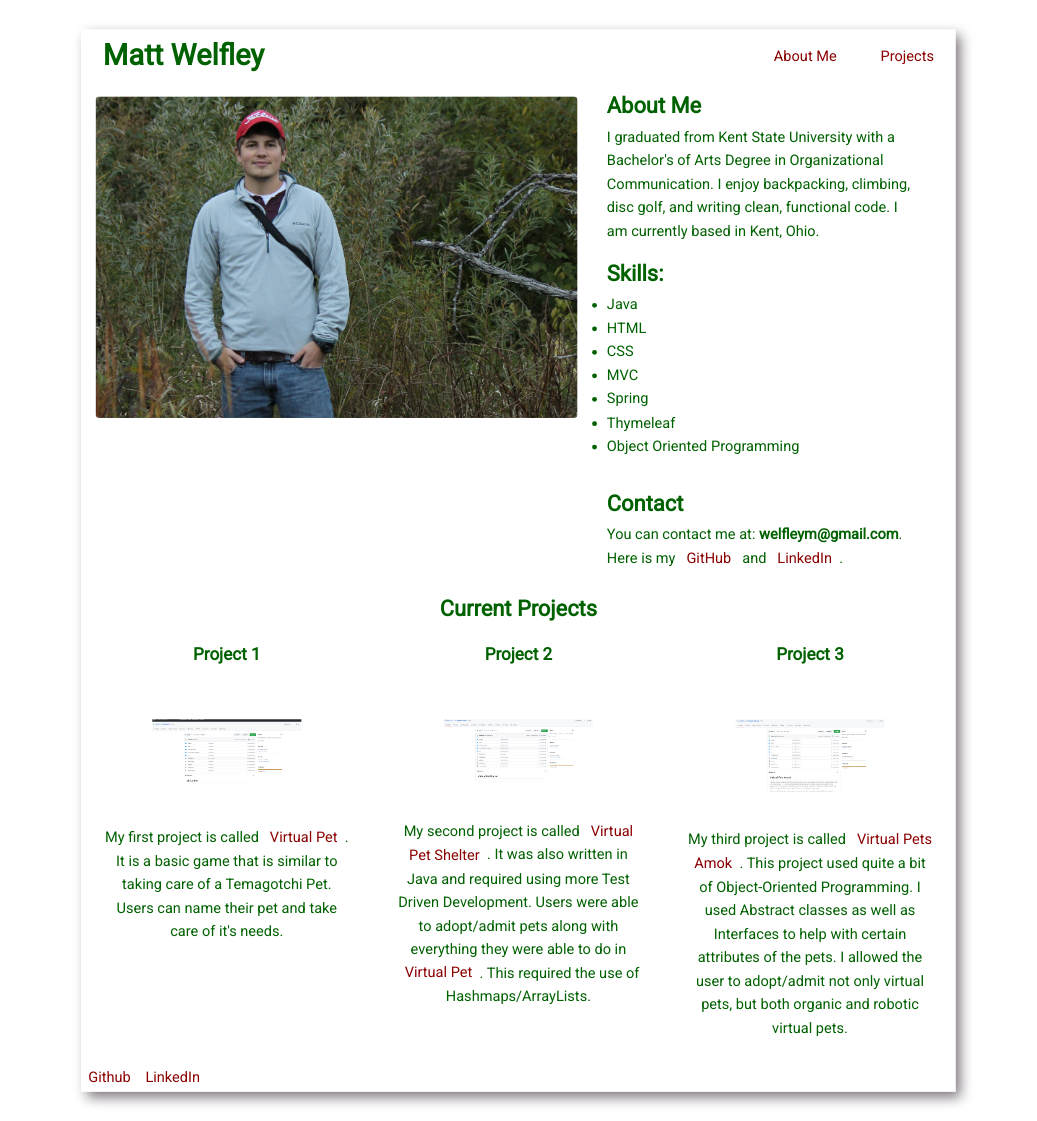
Repository: Matt1218/Matt1218.github.io
Page: index.html
An editor plug-in stored every save of this project. The page is shown before and after the next save, followed by the edit.
The browser window is 1280 px wide. The pictures show the whole page, at 81% of full size.

Above is the page before, as saved 2022-03-11 15:07:37.

After the next save:
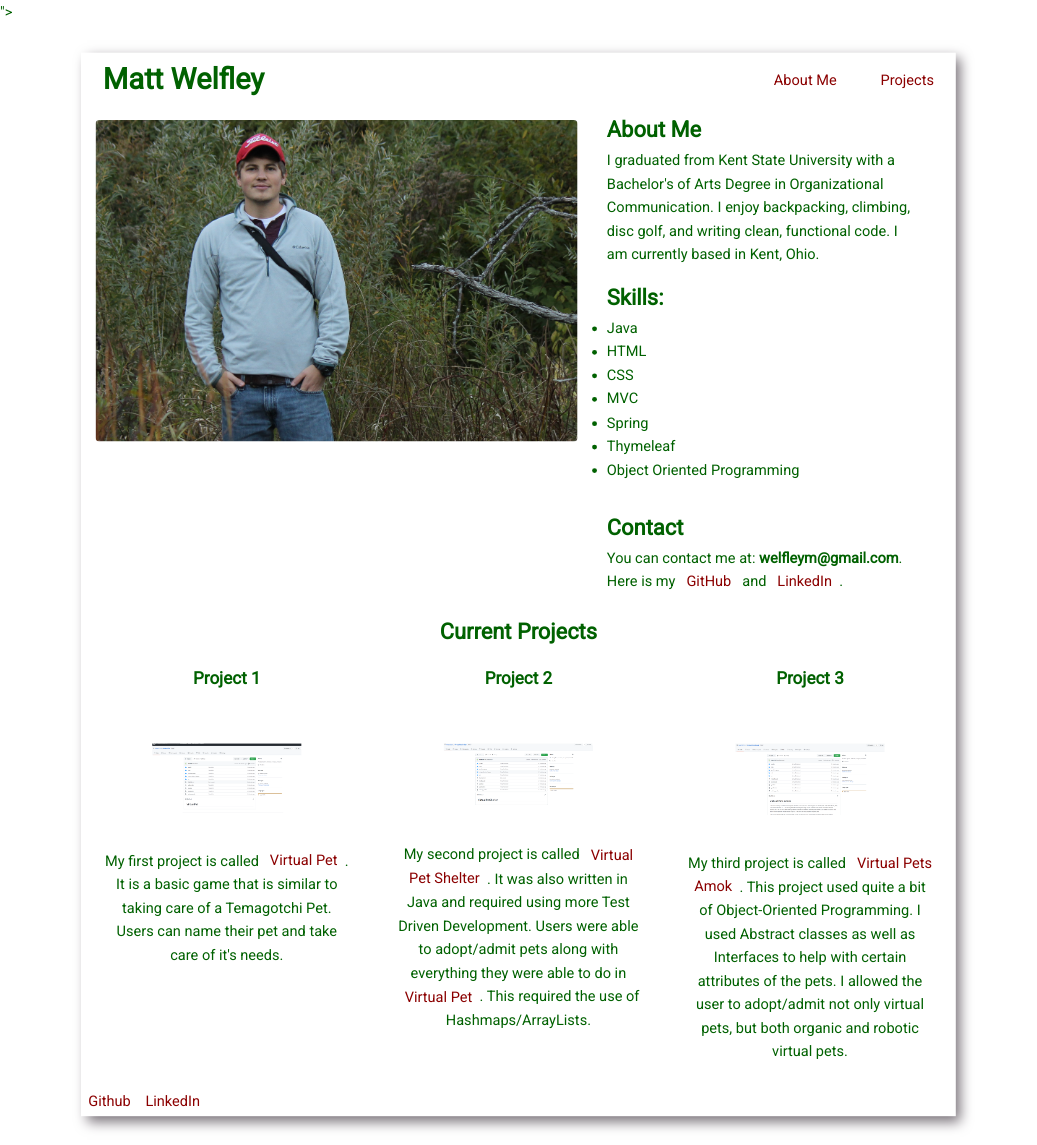
Not found: <link href=
Saved 4 s later.
--- a/index.html
+++ b/index.html
@@ -5,7 +5,7 @@
     <meta charset="UTF-8">
     <meta http-equiv="X-UA-Compatible" content="IE=edge">
     <meta name="viewport" content="width=device-width, initial-scale=1.0">
-    <link rel="stylesheet" href="">
+    <link rel="stylesheet" href="<link href="https://cdnjs.cloudflare.com/ajax/libs/font-awesome/4.7.0/css/font-awesome.min.css" rel="stylesheet">">
     <link rel="stylesheet" href="style.css">
     <title>Matt's Portfolio</title>
 </head>

After the save that followed:
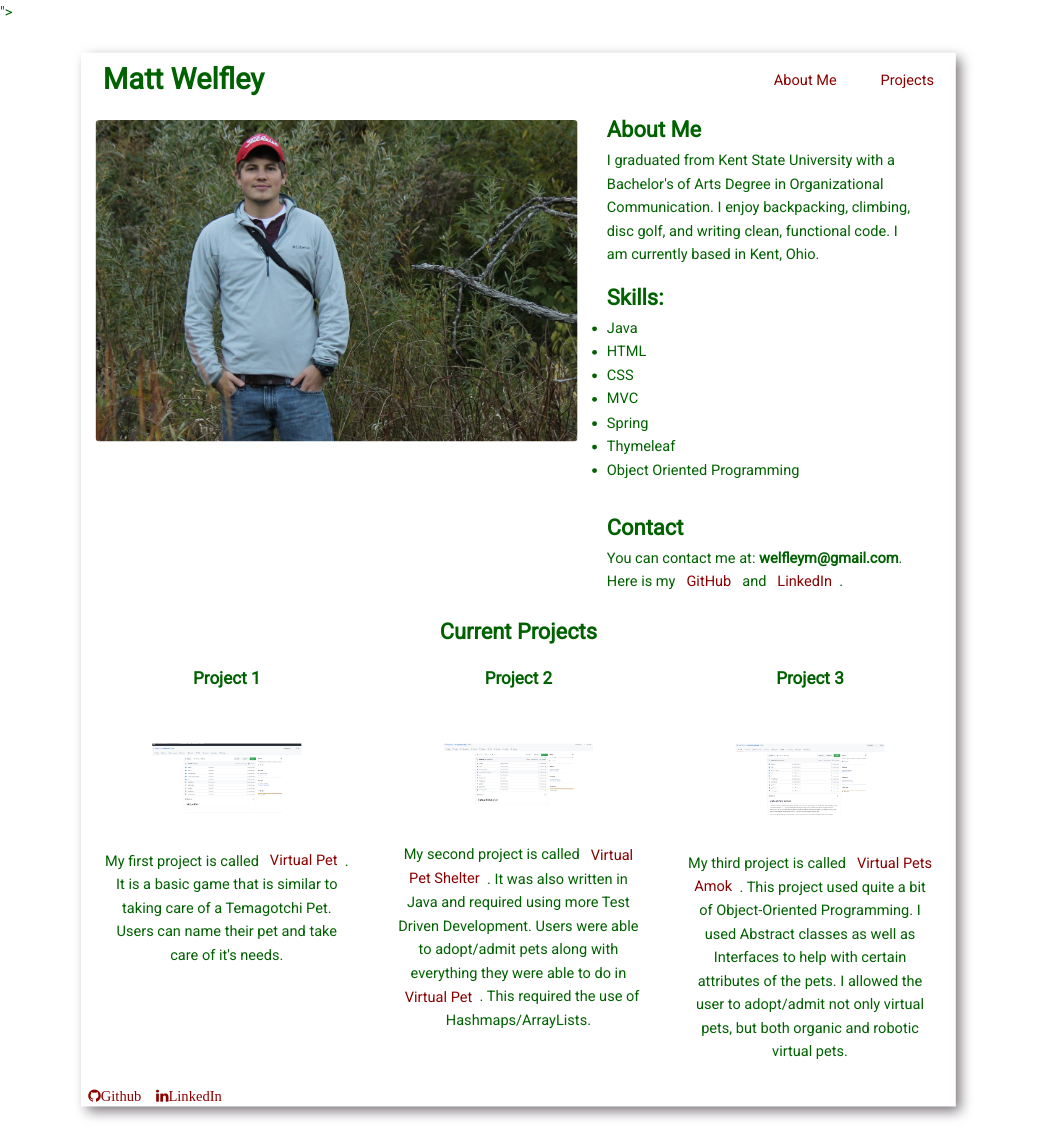
Saved 77 s later.
--- a/index.html
+++ b/index.html
@@ -5,7 +5,7 @@
     <meta charset="UTF-8">
     <meta http-equiv="X-UA-Compatible" content="IE=edge">
     <meta name="viewport" content="width=device-width, initial-scale=1.0">
-    <link rel="stylesheet" href="<link href="https://cdnjs.cloudflare.com/ajax/libs/font-awesome/4.7.0/css/font-awesome.min.css" rel="stylesheet">">
+    <link rel="stylesheet" href="https://cdnjs.cloudflare.com/ajax/libs/font-awesome/4.7.0/css/font-awesome.min.css" rel="stylesheet">">
     <link rel="stylesheet" href="style.css">
     <title>Matt's Portfolio</title>
 </head>
